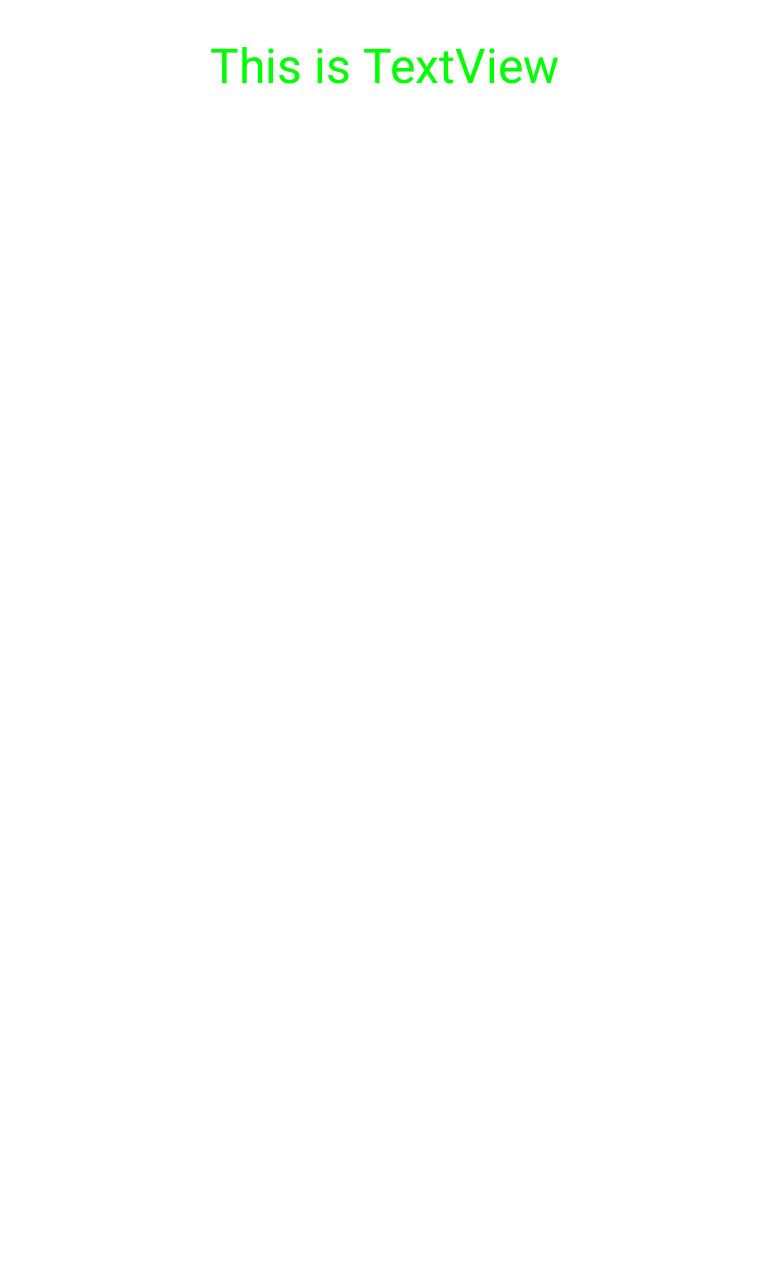
Repository: jinpp/Android
Layout: UIWidgetTest/res/layout/activity_main.xml
An editor plug-in stored every save of this project. The layout is shown before and after the next save, followed by the edit.
It is drawn on a 768 x 1280 px phone screen (xhdpi) without system bars, with theme AppTheme; the app's code is not run.

Above is the layout before, as saved 2016-11-15 07:40:38.

After the next save:
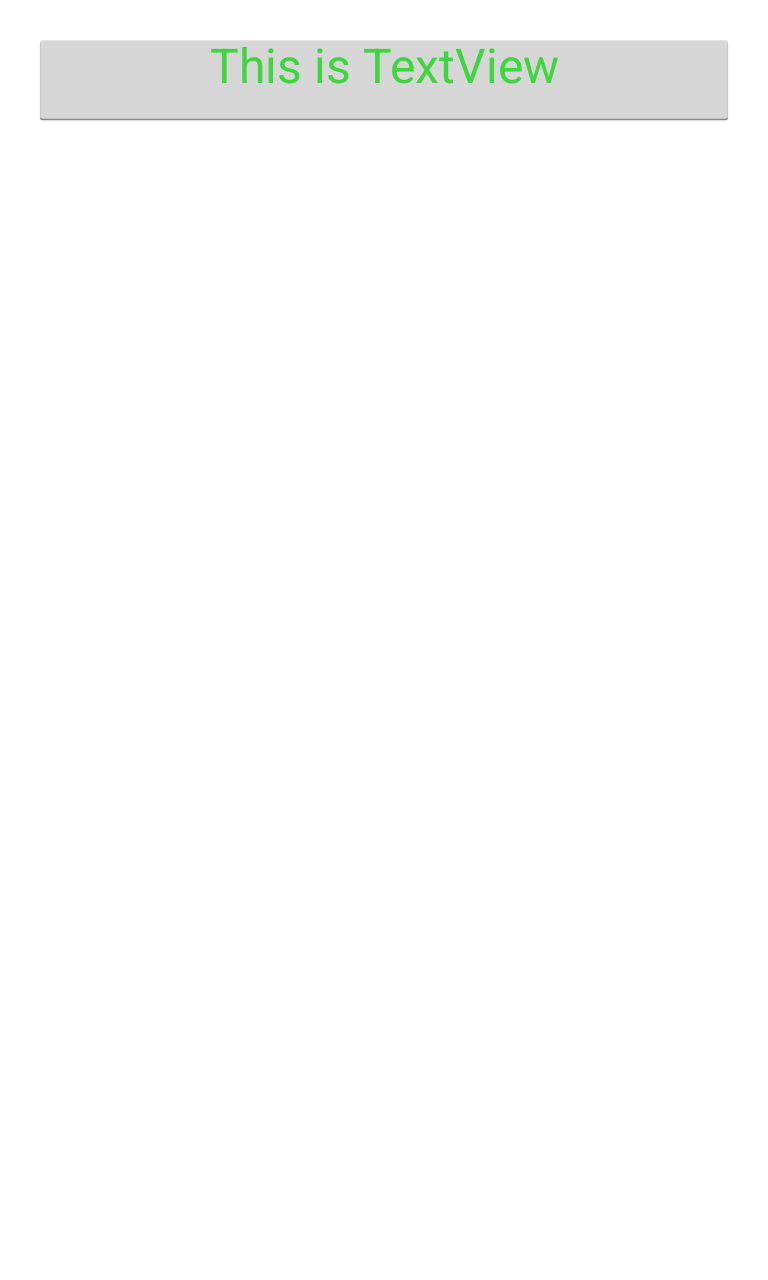
Saved 56 s later.
--- a/UIWidgetTest/res/layout/activity_main.xml
+++ b/UIWidgetTest/res/layout/activity_main.xml
@@ -18,6 +18,11 @@
         android:textColor="#00ff00"
         android:textSize="24sp" />
 
-    <Button android:id="@+id/button1" />
+    <Button android:id="@+id/button1"
+          android:layout_width="match_parent"
+          android:layout_height="wrap_content"
+
+        />
+
 
 </RelativeLayout>
